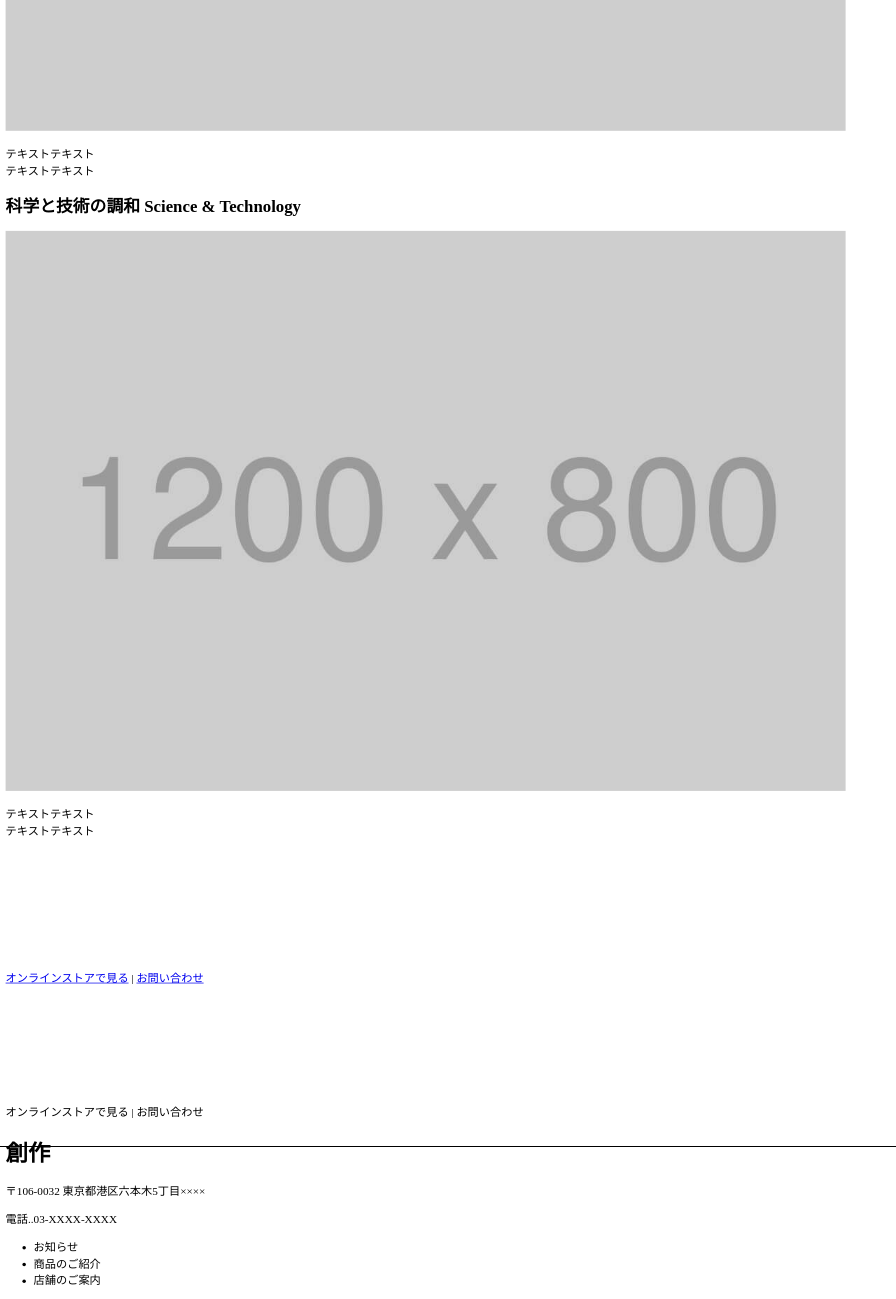
Repository: Fuki-san/wagashi
Page: http://localhost/wagashi
The author's editor kept a copy of each file at every save. The page is drawn from the files as they stood at one save, then again after the next save.
The browser window is 1280 px wide. The pictures show the part of the page from y = 1267 to 3187 px (the page is 3123 px tall before and 3187 px after), at 70% of full size.
The page is served by the project's Laravel application, run on PHP 8.4 with Laravel 10.

Above is the page before, as saved 2023-12-02 19:03:43.

After the next save:
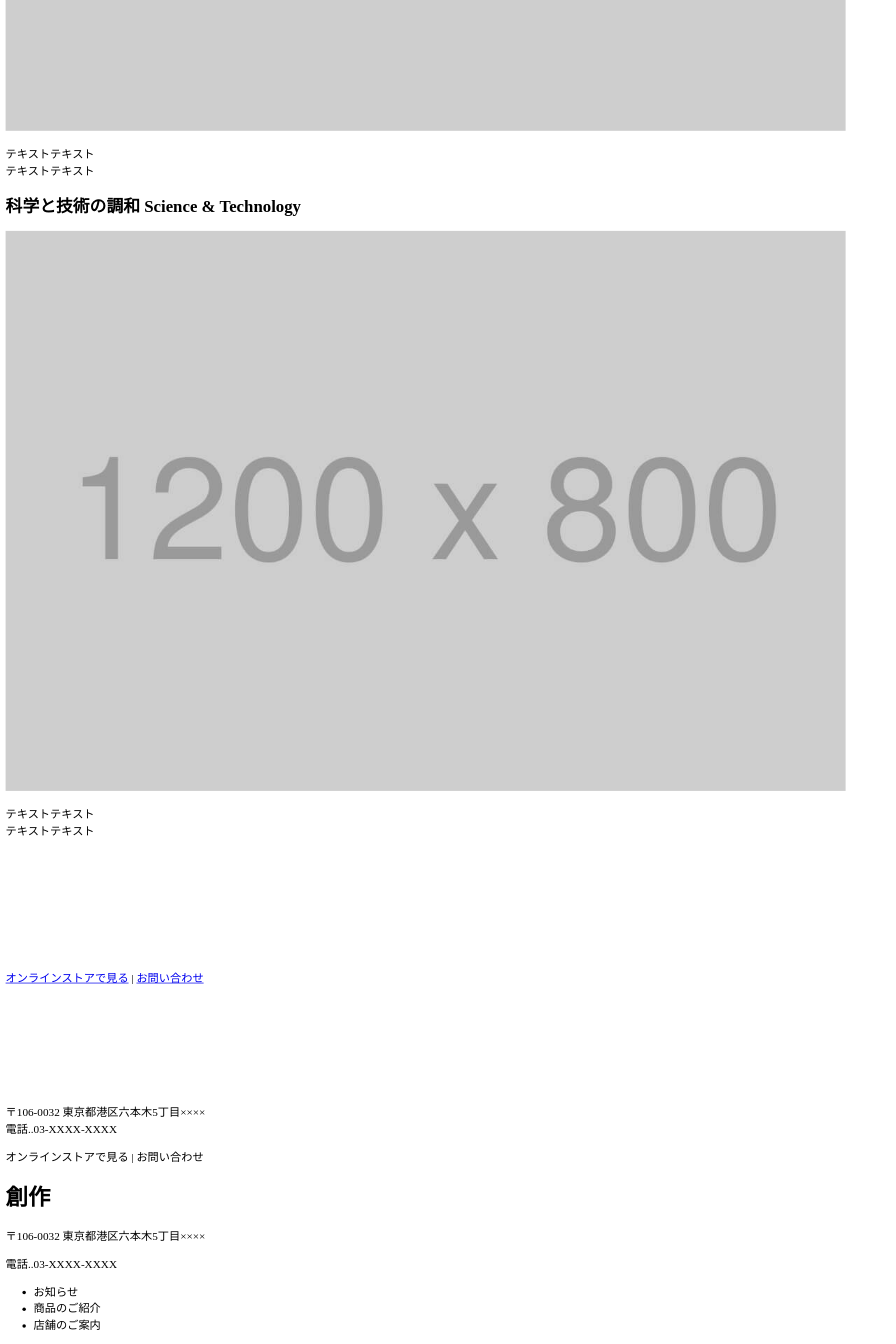
Saved 15 s later.
--- a/resources/views/wagashi.blade.php
+++ b/resources/views/wagashi.blade.php
@@ -75,7 +75,8 @@
             <div class="right">
                 <div class="logo"><img src="img/logo.svg" alt=""></div>
                 <p class="info">
-
+                    〒106-0032 東京都港区六本木5丁目××××<br>
+                    電話..03-XXXX-XXXX
                 </p>
             </div>
         </div>
